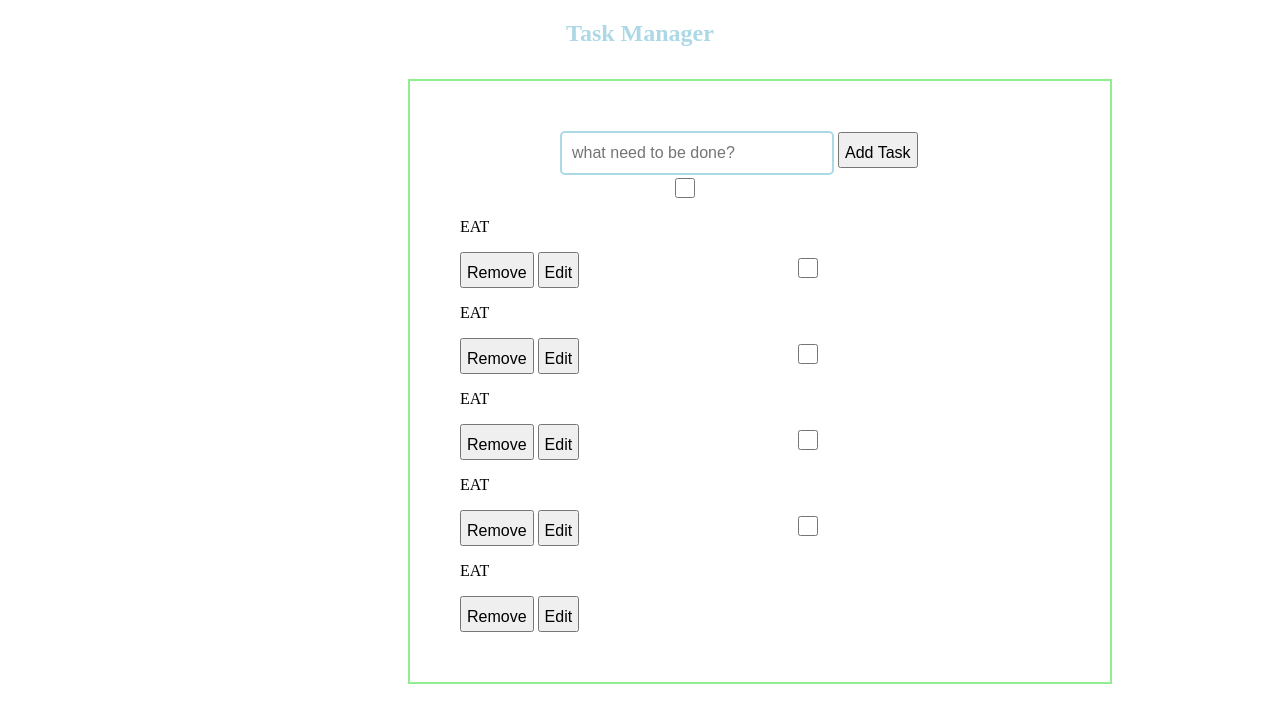
Repository: sristigupta04/basic-js-project
Page: todo app/title.html
These files come from the project's save history. The page is drawn as it stood at one moment and after the next save; the edit follows.
The browser window is 1280 px wide. The pictures show the whole page.

Above is the page before, as saved 2025-10-28 19:03:27.

After the next save:
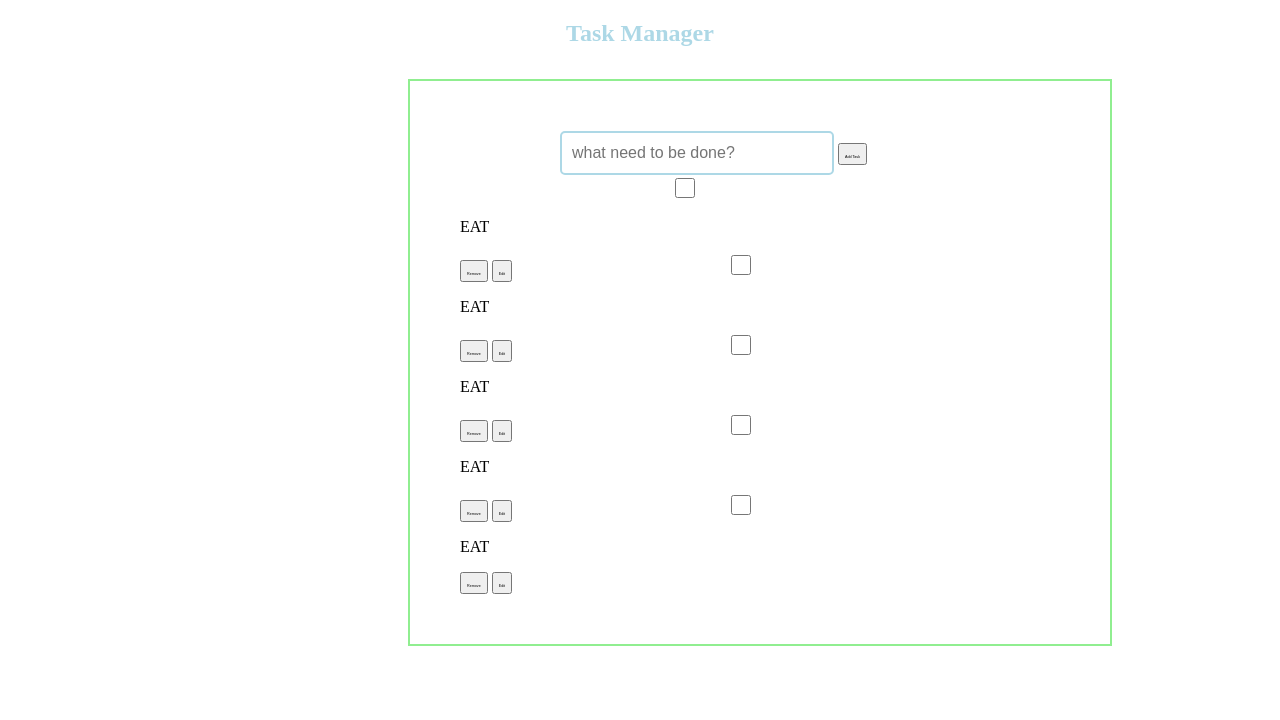
Saved 14 s later.
--- a/todo app/title.css
+++ b/todo app/title.css
@@ -33,6 +33,6 @@ display: flex;
 }
 .contain button{
      padding:  10px 5px 4px;
-       font-size: 1rem;
-       ;
+       font-size: 0.23rem;
+       border;
 }

After the save that followed:
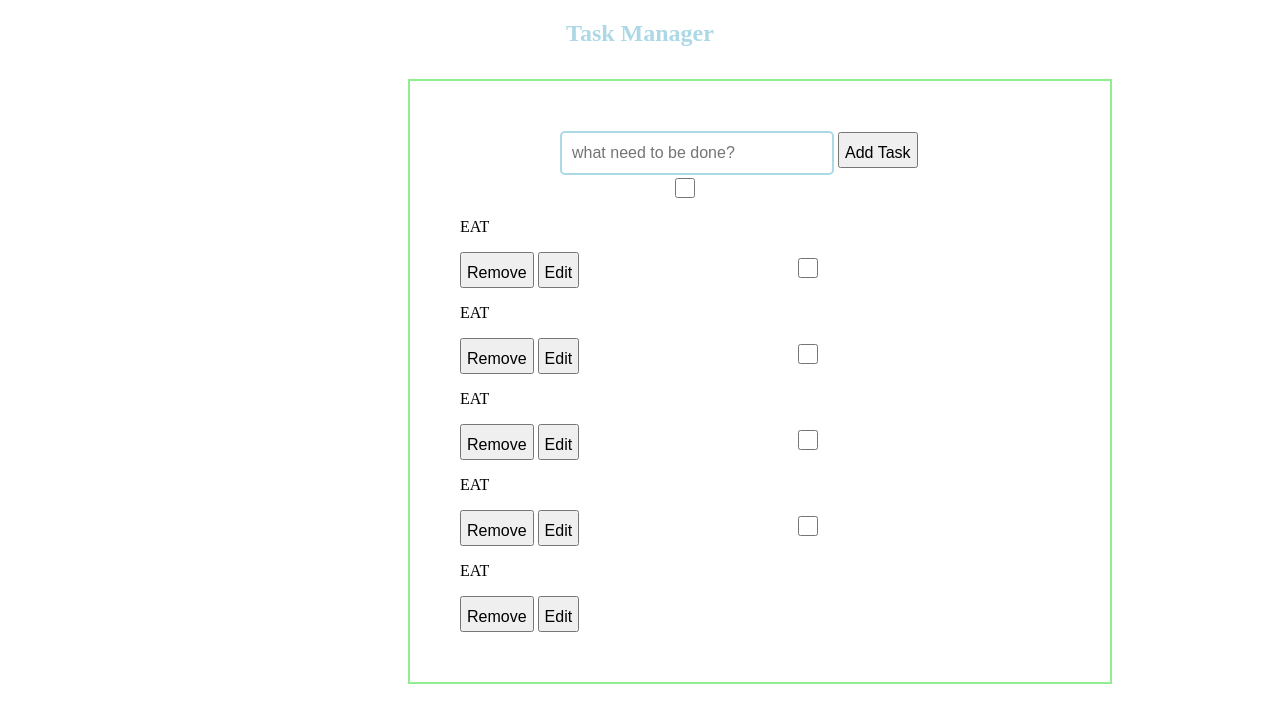
Saved 7 s later.
--- a/todo app/title.css
+++ b/todo app/title.css
@@ -33,6 +33,6 @@ display: flex;
 }
 .contain button{
      padding:  10px 5px 4px;
-       font-size: 0.23rem;
+       font-size:1rem;
        border;
 }
